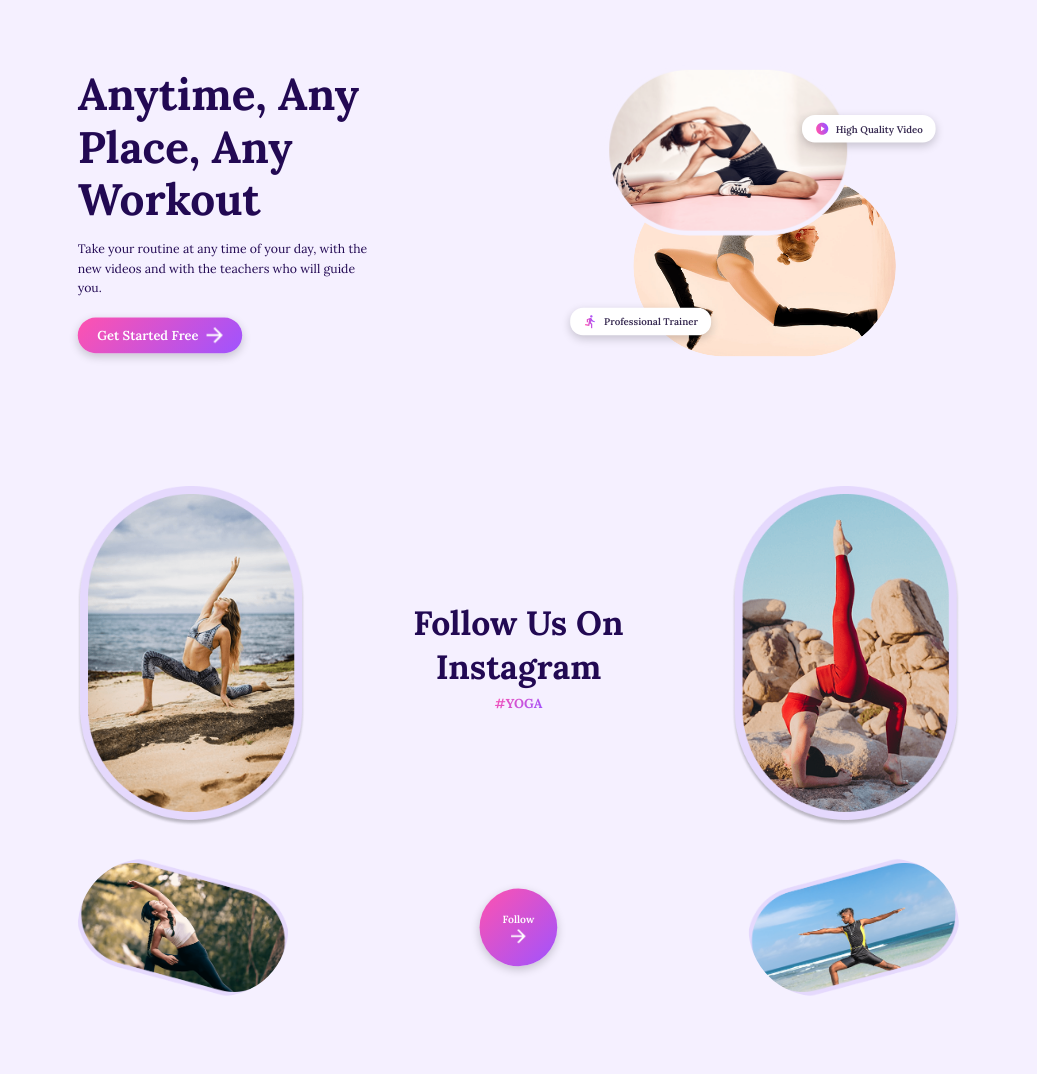
Repository: EunsuhJeon/responsive-yoga-website
Page: index.html
An editor plug-in stored every save of this project. The page is shown before and after the next save, followed by the edit.
The browser window is 1280 px wide. The pictures show the whole page, at 81% of full size.

Above is the page before, as saved 2025-11-26 00:40:58.

After the next save:
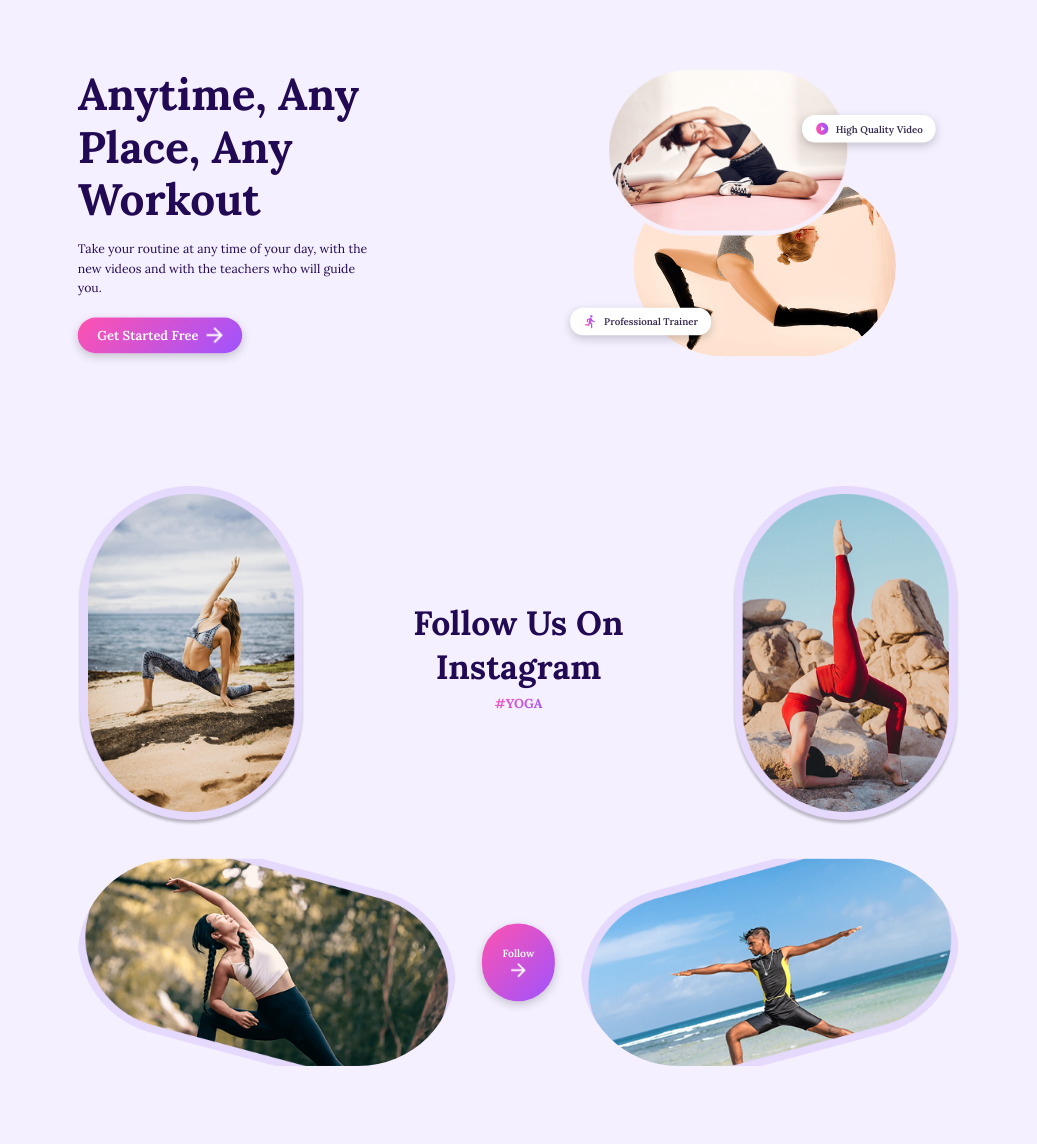
Saved 31 s later.
--- a/main.css
+++ b/main.css
@@ -298,8 +298,8 @@ button:active,
 /* Imágenes inferiores (apaisadas, ya rotadas en el archivo) */
 .seccion-5-img-bl,
 .seccion-5-img-br {
-  width: 260px;
-  height: 170px;
+  width: 500px;
+  height: 255.58px;
   /* no transform */
 }
 
